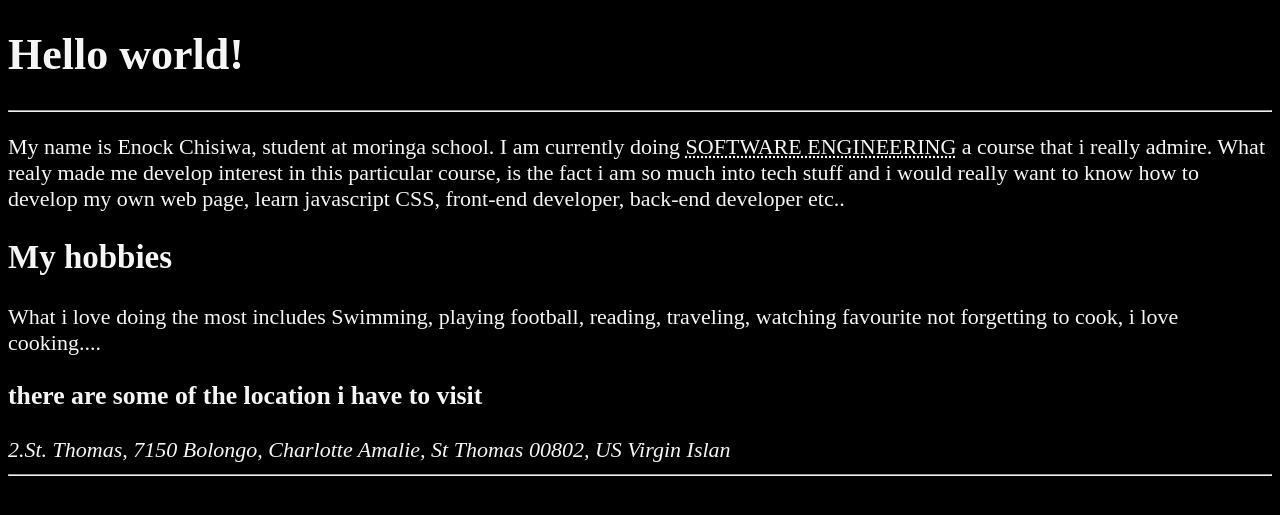
Repository: chiscobyte/README.md
Page: my project/index.html
The author's editor kept a copy of each file at every save. The page is drawn from the files as they stood at one save, then again after the next save.
The browser window is 1280 px wide. The pictures show the whole page.

Above is the page before, as saved 2025-02-22 19:28:48.

After the next save:
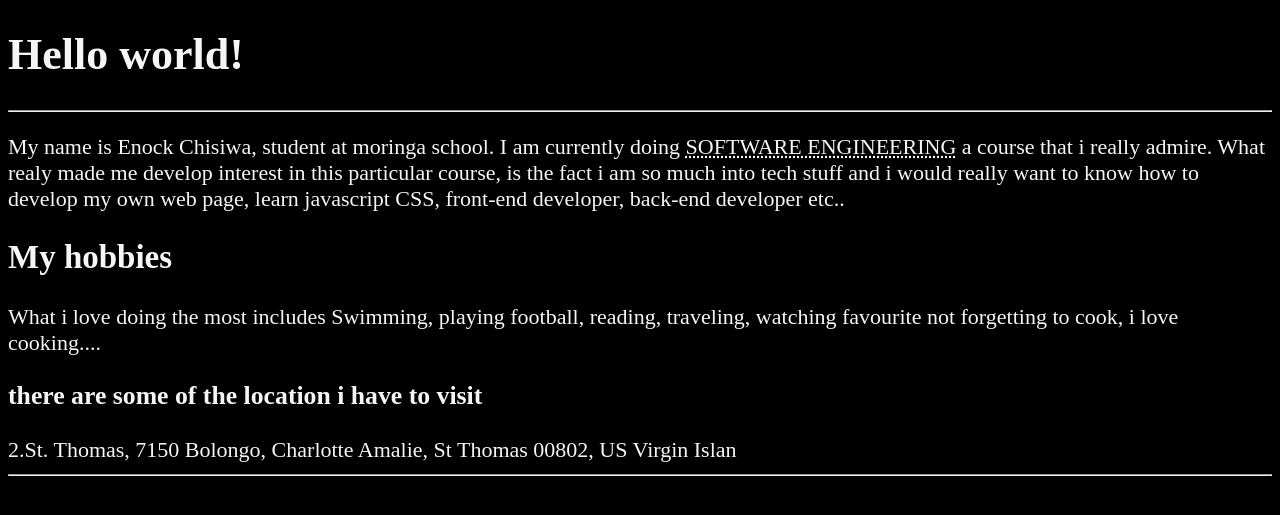
Saved 7 min 2 s later.
--- a/my project/index.html
+++ b/my project/index.html
@@ -19,7 +19,7 @@
 
     <hr>
 
-    <p>My name is Enock Chisiwa, student at moringa school. I am currently doing <abbr title="">SOFTWARE ENGINEERING</abbr> a course that i really admire. What realy made me develop interest in this particular course, is
+    <p>My name is Enock Chisiwa, student at moringa school. I am currently doing <abbr title="idkkkk">SOFTWARE ENGINEERING</abbr> a course that i really admire. What realy made me develop interest in this particular course, is
     the fact i am so much into tech stuff and i would really want to know how to develop my own web page,
     learn javascript CSS, front-end developer, back-end developer etc..</p>
 
@@ -28,7 +28,7 @@
       not forgetting to cook, i love cooking....</p>
 
     <h3>there are some of the location i have to visit </h3>
-         <address>
+         <address></address>
           2.St. Thomas, 7150 Bolongo,
             Charlotte Amalie,
             St Thomas 00802, US Virgin Islan</address>
